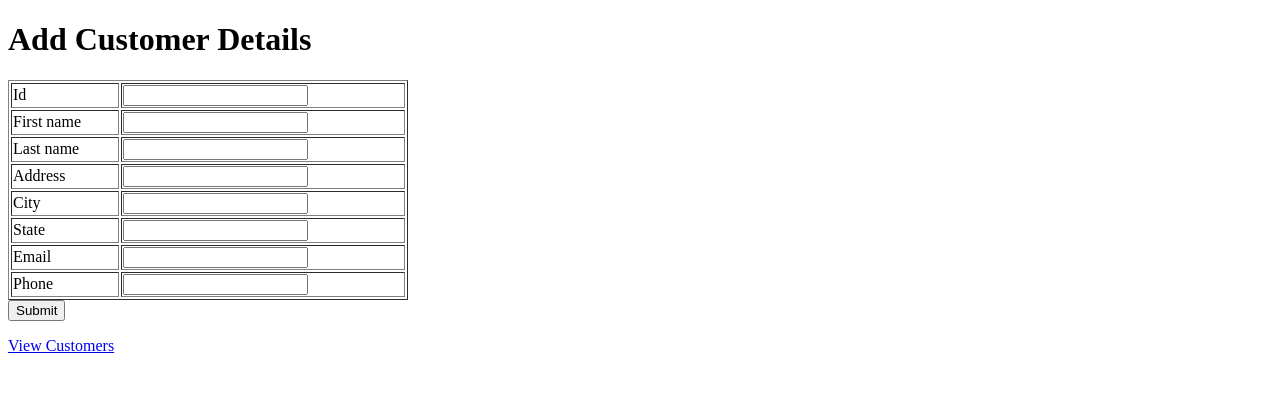
Repository: Shamanth-S/Customer-management
Page: User Management/src/main/webapp/add.html
These files come from the project's save history. The page is drawn as it stood at one moment and after the next save; the edit follows.
The browser window is 1280 px wide. The pictures show the whole page.

Above is the page before, as saved 2023-09-07 06:16:43.

After the next save:
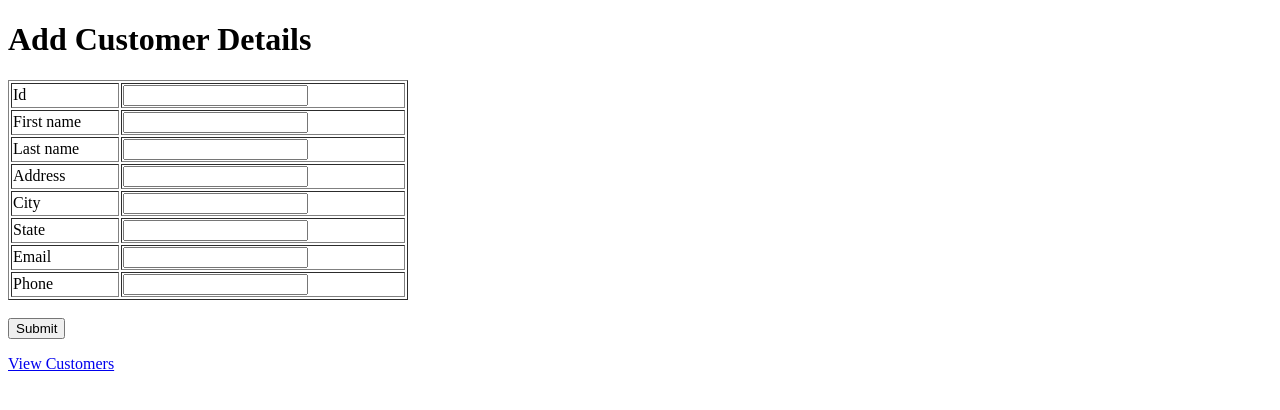
Saved 24 s later.
--- a/User Management/src/main/webapp/add.html
+++ b/User Management/src/main/webapp/add.html
@@ -48,7 +48,7 @@
 				<td>Phone</td>
 				<td><input type = "text" name = "phone" id = "phone"></td>
 			</tr>
-		</table>
+		</table><br>
 		<input type = "submit" value = "Submit">
 	</form>
 	<p><a href = "ViewCustomer">View Customers</a></p>
